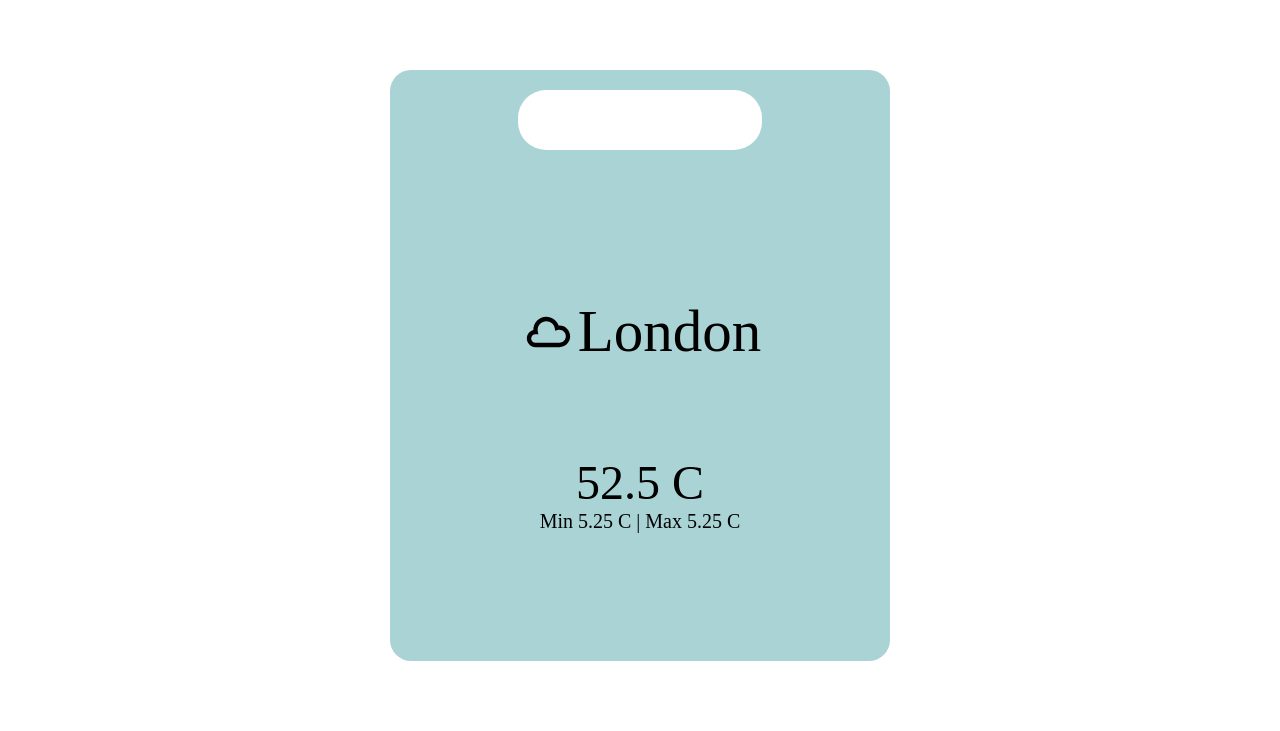
Repository: WajihaGul/Weather-App
Page: /
The author's editor kept a copy of each file at every save. The page is drawn from the files as they stood at one save, then again after a run of saves.
The browser window is 1280 px wide. The pictures show the whole page.
The project was rebuilt for these pictures with package versions that can differ from the ones it lists, and the page was loaded fresh each time. Also part of the build but not shown: src/index.css.

Above is the page before, as saved 2024-05-29 18:26:12.

After the next 3 saves:
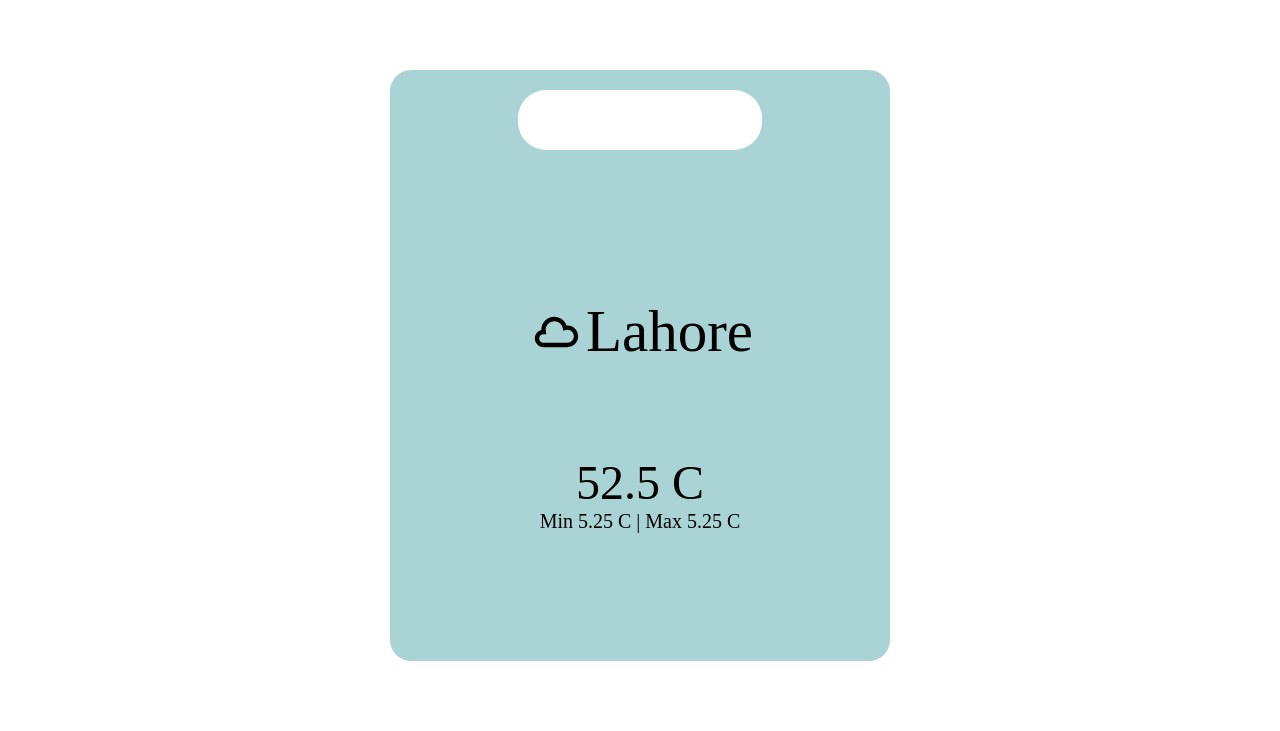
The 3 saves are shown as one change because 2 did not build or start.
The last was saved 6 min 27 s later.
--- a/src/Components/Weather/Weather.jsx
+++ b/src/Components/Weather/Weather.jsx
@@ -1,6 +1,9 @@
 import styles from "./Weather.module.css";
 import { TiWeatherCloudy } from "react-icons/ti";
+import React, { useState } from "react";
+
 const Weather = () => {
+  const [city, setCity] = useState("Lahore");
   return (
     <>
       <div className={styles.divhead}>
@@ -9,7 +12,7 @@ const Weather = () => {
         </div>
         <div className={styles.city}>
           <TiWeatherCloudy style={{ height: "52px", marginBottom: "-7px" }} />
-          London
+          {city}
         </div>
         <div className={styles.temperature}>52.5 C</div>
         <div className={styles.minmax}>Min 5.25 C | Max 5.25 C</div>
